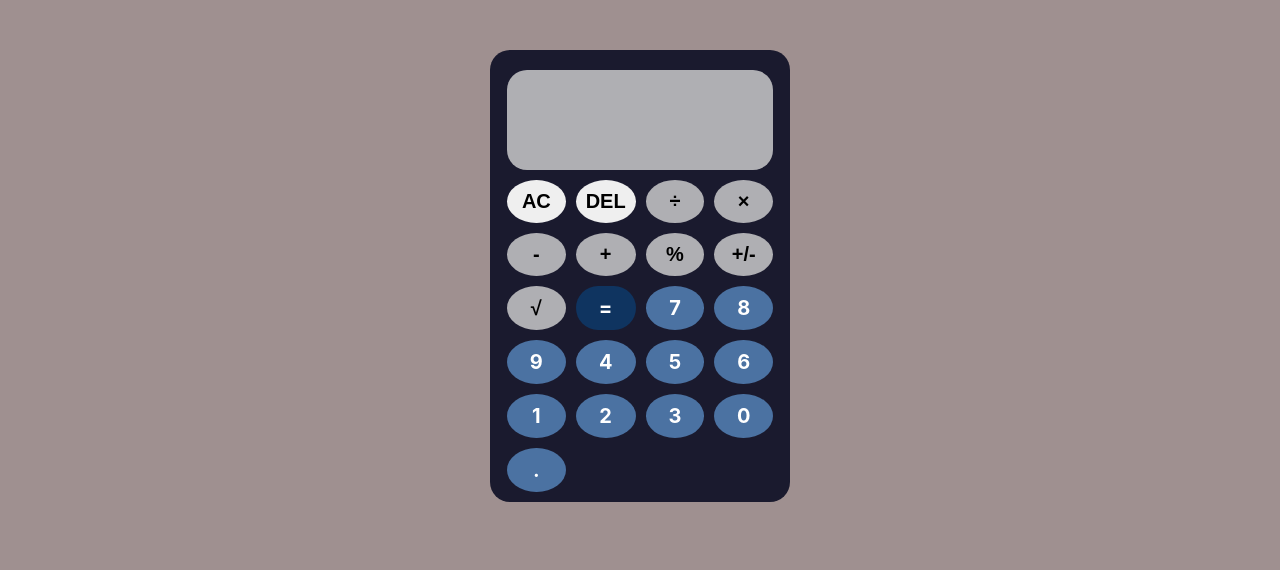
Repository: MikkyPrestige/js-calculator
Page: index.html
An editor plug-in stored every save of this project. The page is shown before and after the next save, followed by the edit.
The browser window is 1280 px wide. The pictures show the whole page.

Above is the page before, as saved 2023-05-08 01:27:05.

After the next save:
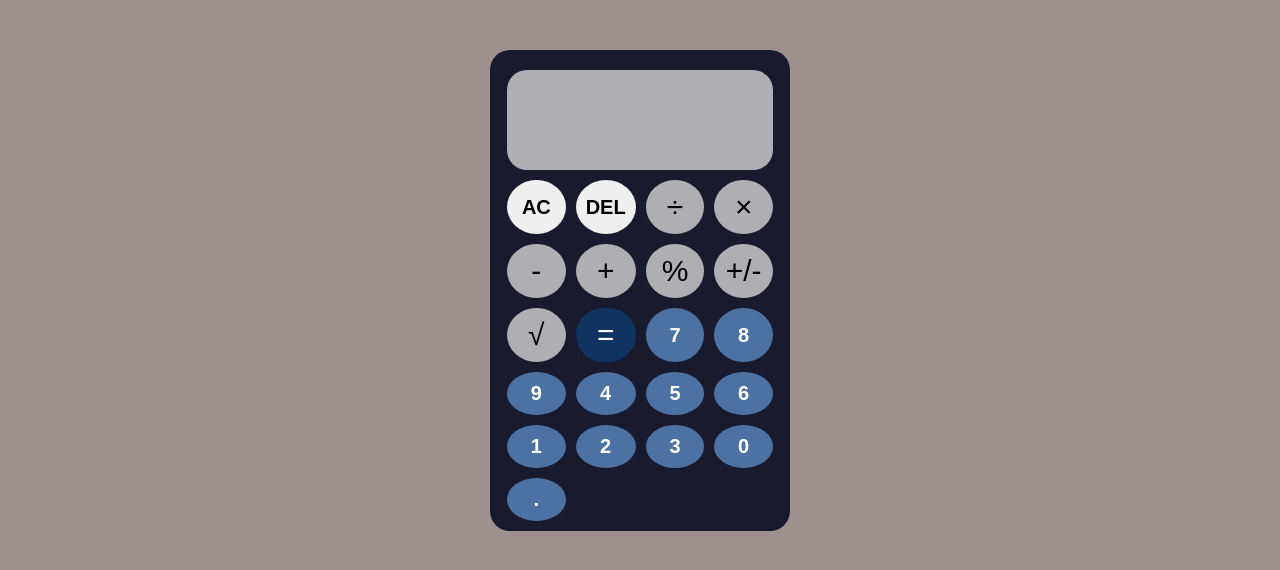
Saved 106 s later.
--- a/index.css
+++ b/index.css
@@ -11,7 +11,7 @@ html {
 }
 
 body {
-  font-family: 'Fira Sans', sans-serif;
+  font-family: 'Inter', sans-serif;
   font-size: 1.6rem;
   font-weight: 400;
   line-height: 1.5;
@@ -104,18 +104,20 @@ main {
 .op {
   background: rgba(217, 217, 217, 0.78);
   color: #000;
+  font-size: 3rem;
+  font-weight: 300;
 }
 
 .num {
   background: #4B72A2;
   color: #FFFFFF;
-  font-family: "Inter";
 }
 
 .equalTo {
   background: #0F3460;
   color: #FFFFFF;
-  font-family: "Inter";
+  font-size: 3rem;
+  font-weight: 300;
   border-radius: 3rem;
   -webkit-border-radius: 3rem;
   -moz-border-radius: 3rem;
